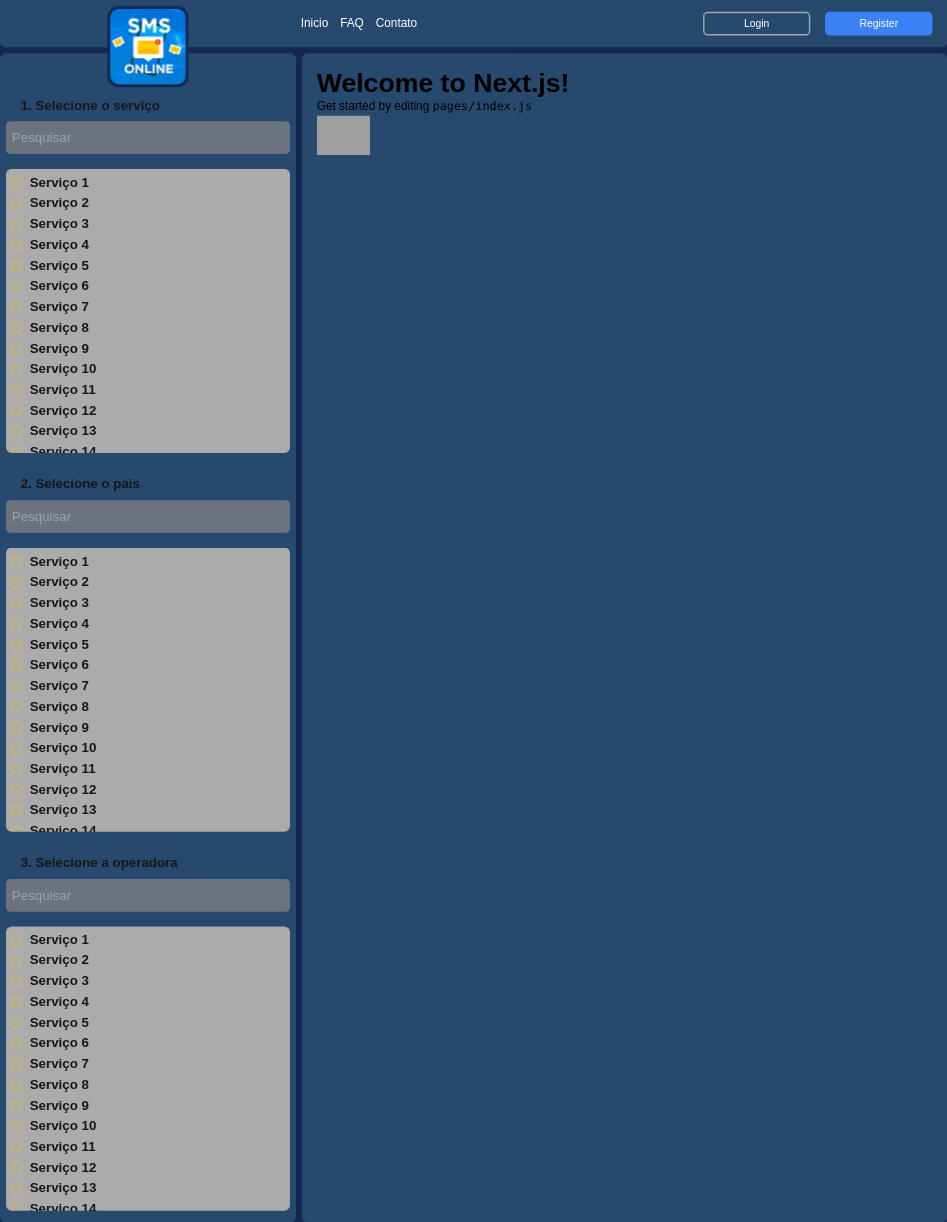
Repository: Felipe-Henrique-Dev/-DIOGO-SMS
Page: /
An editor plug-in stored every save of this project. The page is shown before and after the next save, followed by the edit.
The browser window is 1280 px wide. The pictures show the whole page, at 74% of full size.
Pictures or frames that could not be fetched are drawn as grey boxes. The project was rebuilt for these pictures with package versions that can differ from the ones it lists, and the page was loaded fresh each time. The framework's server and built-in components were replaced by stand-ins that run in the browser. Also part of the build but not shown: next.config.ts.

Above is the page before, as saved 2024-12-16 22:33:04.

### src/app/layout.tsx
import type { Metadata } from "next";
import "./globals.css";
import Header from "@/components/main/Header";
import Main from "@/components/main/Main";
import WebApp from "@/components/main/WebApp";



export const metadata: Metadata = {
  title: "Create Next App",
  description: "Generated by create next app",
};

export default function RootLayout({
  children,
}: Readonly<{
  children: React.ReactNode;
}>) {
  return (
    <html lang="pt-br">
      <body className={`antialiased`}>
        <Header />
        <Main>
          <WebApp />
          {children}
        </Main>
      </body>
    </html>
  );
}

### src/app/page.tsx
import Section from "@/components/main/Section";
import Image from "next/image";

export default function Home() {
  return (
    <Section>
      <h1 className="text-4xl font-bold text-center">Welcome to Next.js!</h1>
      <p className="text-center">
        Get started by editing <code>pages/index.js</code>
      </p>
      <Image
        src="/vercel.svg"
        alt="Vercel Logo"
        width={72}
        height={16}
      />
    </Section>
  );
}

### src/app/globals.css
@tailwind base;
@tailwind components;
@tailwind utilities;

:root {
  --background: hsl(220, 60%, 20%);
  --background-secondary: hsl(211, 47%, 29%);
  --tertiary: hsl(0, 0%, 67%);
  --primary_text: hsl(0, 0%, 100%);
  --foreground: #171717;
  --color-primary: #000;
  --color-secondary: hsl(208, 98%, 43%);
}


body {
  color: var(--foreground);
  background: var(--background);
  font-family: Arial, Helvetica, sans-serif;
}

::-webkit-scrollbar {
  width: 8px;
  height: 10px;
}

::-webkit-scrollbar-track {
  background-color: var(--background);
}

::-webkit-scrollbar-thumb {
  background: var(--color-secondary);
  border-radius: 10px;
}

::-webkit-scrollbar-thumb:hover {
  background-color: var(--color-highlight-hover);
}

### src/components/main/Header.tsx
import React from "react";
import { Button } from "./Button";


export default function Header() {
  return (
    <header className="h-16 bg-background_secondary max-w-screen-2xl m-auto top-0 items-center justify-between  flex rounded-b-lg px-5 z-[99] ">
        <span className="text-white text-lg font-bold"></span>
        <nav className="flex gap-4">
            <a href="#" className="text-white">Inicio</a>
            <a href="#" className="text-white">FAQ</a>
            <a href="#" className="text-white">Contato</a>
        </nav>
        <div className="container flex justify-between items-center w-1/4 gap-5">
            <Button type="button" size="sm" className="text-white" isLoading={false} bgColor="none">Login</Button>
            <Button type="button" size="sm" className="text-white" isLoading={false} bgColor="primary">
                Register
            </Button>
        </div>
    </header>
  );
}

### src/components/main/Main.tsx
import React from "react";

export default function Main({
  children,
}: Readonly<{
  children: React.ReactNode;
}>) {
  return (
    <main className="container max-w-screen-2xl mx-auto flex pt-2 gap-2 ">
      {children}
    </main>
  );
}

### src/components/main/WebApp.tsx
'use client'
import React from "react";
import { Input } from "./Input";
import { useForm } from "react-hook-form"
import Image from "next/image";
export default function WebApp() {
  const [selectService, setSelectService] = React.useState<{ title: string; valor: number; numberDispobilize: number; id: string } | null>(null);
  const [selectCountry, setSelectCountry] = React.useState<{ title: string; valor: number; numberDispobilize: number; id: string } | null>(null);
  const [selectOperator, setSelectOperator] = React.useState<{ title: string; valor: number; numberDispobilize: number; id: string } | null>(null);

  return (
    <aside className="min-w-[25rem] min-h-[90svh] bg-background_secondary text-pri sticky left-0 top-[4.5rem] rounded-lg flex flex-col p-2 gap-5  pt-14 z-[999]">
      <Image src="/logo.webp" alt="Logo" width={110} height={110} className="rounded-2xl absolute -top-16 transform -translate-x-1/2 left-1/2 z-[99] border-4 border-background " />
      <Container subTitle="1. Selecione o serviço" list={list} select={selectService} setSelect={setSelectService} />
      <Container subTitle="2. Selecione o pais" list={list} select={selectCountry} setSelect={setSelectCountry} />
      <Container subTitle="3. Selecione a operadora" list={list} select={selectOperator} setSelect={setSelectOperator} />
    </aside>
  );
}


const Container = ({
  list,
  subTitle,
  select,
  setSelect
}: {
  subTitle: string;
  select?: { title: string; valor: number; numberDispobilize: number; id: string } | null;
  setSelect: React.Dispatch<React.SetStateAction<{ title: string; valor: number; numberDispobilize: number; id: string } | null>>;
  list: { title: string; valor: number; numberDispobilize: number; id: string }[];
}) => {
  const { register, watch } = useForm();
  const filter = (watch("filter") || "").toLowerCase();
  const [favorites, setFavorites] = React.useState<string[]>([]);
  const [loading, setLoading] = React.useState<boolean>(true);

  React.useEffect(() => {
    const storedFavorites = JSON.parse(localStorage.getItem("favorites") || "[]");
    setFavorites(storedFavorites);
    setLoading(false);
  }, []);

  const setFavoriteInStorage = (item: string) => {
    const newFavorites = favorites.includes(item)
      ? favorites.filter(favorite => favorite !== item)
      : [...favorites, item];

    setFavorites(newFavorites);
    localStorage.setItem("favorites", JSON.stringify(newFavorites));
  };

  // Primeiro filtrar e ordenar a lista antes do map
  const filteredAndSortedList = React.useMemo(() => {
    return list
      .filter(item => item.title.toLowerCase().includes(filter))
      .sort((a, b) => {
        const aFav = favorites.includes(a.id);
        const bFav = favorites.includes(b.id);
        if (aFav && !bFav) return -1;
        if (!aFav && bFav) return 1;
        return 0;
      });
  }, [list, filter, favorites]);

  if (loading) return <div>Carregando...</div>;

  return (
    <div className="flex flex-col gap-2  ">
      <span className="text-lg font-bold w-full text-start px-5">{subTitle}</span>
      {
        select ?
          <div className="flex w-full bg-slate-300 rounded-lg h-10 items-center justify-start px-5 gap-5 ">
            <button onClick={() => setSelect(null)} className="flex items-center justify-center gap-2 h-8 min-w-8 rounded-xl border-red-500 border-[1px] text-black">X</button>
            <span className="text-lg font-bold min-w-8 h-8 rounded-full text-center bg-white ">I</span>
            <span className="text-lg font-bold w-auto text-center">{select.title}</span>
          </div>
        :
        <>
          <Input type="text" placeholder="Pesquisar" size="lg" register={register("filter")} />
          <div className="h-96 bg-tertiary w-full my-2 overflow-x-auto scroll-smooth rounded-lg p-1 ">
            {filteredAndSortedList.map((item) => (
              <div className="w-full flex items-center justify-start gap-2" key={item.id}>
                <Stars
                  stars={favorites.includes(item.id)}
                  setFavorite={() => setFavoriteInStorage(item.id)}
                />
                <button className="flex flex-col" onClick={() => setSelect(item)}>
                  <span className="text-lg font-bold w-full text-center">{item.title}</span>
                </button>
              </div>
            ))}
          </div>
        </>
      }
    </div>
  );
};



const list = [
  {
    id: "1",
    title: "Serviço 1",
    valor: 10.00,
    numberDispobilize: 6000,
  },
  {
    id: "2",
    title: "Serviço 2",
    valor: 20.00,
    numberDispobilize: 5000,
  },
  {
    id: "3",
    title: "Serviço 3",
    valor: 30.00,
    numberDispobilize: 4000,
  },
  {
    id: "4",
    title: "Serviço 4",
    valor: 40.00,
    numberDispobilize: 3000,
  },
  {
    id: "5",
    title: "Serviço 5",
    valor: 50.00,
    numberDispobilize: 2000,
  },
  {
    id: "6",
    title: "Serviço 6",
    valor: 60.00,
    numberDispobilize: 1000,
  },
  {
    id: "7",
    title: "Serviço 7",
    valor: 70.00,
    numberDispobilize: 900,
  },
  {
    id: "8",
    title: "Serviço 8",
    valor: 80.00,
    numberDispobilize: 800,
  },
  {
    id: "9",
    title: "Serviço 9",
    valor: 90.00,
    numberDispobilize: 700,
  },
  {
    id: "10",
    title: "Serviço 10",
    valor: 100.00,
    numberDispobilize: 600,
  },
  {
    id: "11",
    title: "Serviço 11",
    valor: 110.00,
    numberDispobilize: 500,
  },
  {
    id: "12",
    title: "Serviço 12",
    valor: 120.00,
    numberDispobilize: 400,
  },
  {
    id: "13",
    title: "Serviço 13",
    valor: 130.00,
    numberDispobilize: 300,
  },
  {
    id: "14",
    title: "Serviço 14",
    valor: 140.00,
    numberDispobilize: 200,
  },
  {
    id: "15",
    title: "Serviço 15",
    valor: 150.00,
    numberDispobilize: 100,
  }
];

const Stars = ({stars, setFavorite} : {stars: boolean, setFavorite: () => void}) => {
  return (
      <>
          {
              !stars?
              <svg width="20" height="20" viewBox="0 0 13 12" fill="none" xmlns="http://www.w3.org/2000/svg" onClick={setFavorite} className="cursor-pointer" >
                  <path d="M6.49956 9.51326L9.26623 11.1866C9.77289 11.4933 10.3929 11.0399 10.2596 10.4666L9.52623 7.31992L11.9729 5.19993C12.4196 4.81326 12.1796 4.07993 11.5929 4.03326L8.37289 3.75993L7.11289 0.786592C6.88623 0.246592 6.11289 0.246592 5.88623 0.786592L4.62623 3.75326L1.40623 4.02659C0.81956 4.07326 0.57956 4.80659 1.02623 5.19326L3.47289 7.31326L2.73956 10.4599C2.60623 11.0333 3.22623 11.4866 3.73289 11.1799L6.49956 9.51326Z" fill="none" stroke="#EFC900" strokeWidth="0.5"/>
              </svg>
              :
              <svg width="20" height="20" viewBox="0 0 13 12" fill="none" xmlns="http://www.w3.org/2000/svg" onClick={setFavorite} className="cursor-pointer">
                  <path d="M6.49956 9.51326L9.26623 11.1866C9.77289 11.4933 10.3929 11.0399 10.2596 10.4666L9.52623 7.31992L11.9729 5.19993C12.4196 4.81326 12.1796 4.07993 11.5929 4.03326L8.37289 3.75993L7.11289 0.786592C6.88623 0.246592 6.11289 0.246592 5.88623 0.786592L4.62623 3.75326L1.40623 4.02659C0.81956 4.07326 0.57956 4.80659 1.02623 5.19326L3.47289 7.31326L2.73956 10.4599C2.60623 11.0333 3.22623 11.4866 3.73289 11.1799L6.49956 9.51326Z" fill="#EFC900"/>
              </svg>
          }
      </>
  );
}

### src/components/main/Section.tsx
import { cn } from "@/lib/utils";
import React from "react";

export default function Section({
  children,
  className
}: Readonly<{
  children: React.ReactNode;
  className?: string;
}>) {
  return (
    <section className={cn(
      "p-5 flex flex-col min-h-[90svh] bg-background_secondary w-full text-black items-start justify-start rounded-lg ",
      className
    )}>
      {children}
    </section>
  );
}

### src/components/main/Button.tsx
/* eslint-disable @typescript-eslint/no-explicit-any */
import { cn } from "@/lib/utils";
import React from "react";

export const Button = ({
    className,
    size = "md",
    onClick,
    children,
    type,
    isLoading,
    bgColor = "primary",
}:{
    type: 'button' | 'submit' | 'reset';
    onClick?: (event: React.MouseEvent<HTMLButtonElement>) => void;
    className?: string;
    children: React.ReactNode;
    size?: "sm" | "md" | "lg";
    isLoading: boolean;
    bgColor?: "primary" | "secondary" | "danger" | "none";
}) => {

    const sizes = {
        sm: "w-1/2 h-8 text-sm",
        md: "w-3/4 h-10 text-base",
        lg: "w-full h-14 text-lg",
    };

    const bgColors = {
        primary: "bg-blue-500 text-white",
        secondary: "bg-gray-500 text-white",
        danger: "bg-red-500 text-white",
        none: "bg-transparent text-black border-gray-400 border-2 "
    };

    return (
        <button
            type={type}
            onClick={onClick}
            className={cn(
                "p-2 rounded-md relative flex items-center justify-center",
                bgColors[bgColor],
                sizes[size],
                className
            )}
            disabled={isLoading}
        >
            {
                isLoading ? loading() : children
            }
        </button>
    );
}


const loading = () => {
    return (
        <div className="absolute inset-0 bg-gray-300 bg-opacity-50 flex items-center justify-center">
            <div className="animate-spin rounded-full h-12 w-12 border-t-2 border-b-2 border-gray-900"></div>
        </div>
    );
}

### src/components/main/Input.tsx
/* eslint-disable @typescript-eslint/no-unused-vars */
/* eslint-disable @typescript-eslint/no-explicit-any */
import { cn } from "@/lib/utils";
import React from "react";

export const Input = ({
    type,
    placeholder,
    classNameSpan,
    classNameLabel,
    classNameInput,
    label,
    size = "md",
    icon,
    register,
    bgColor = "secondary",
    labelIsHidden = false,
    name
}:{
    type: 'text' | 'password' | 'email';
    placeholder: string;
    classNameSpan?: string;
    classNameLabel?: string;
    classNameInput?: string;
    size?: "sm" | "md" | "lg";
    icon?: React.ReactNode;
    register?: any;
    label?: string;
    bgColor?: "primary" | "secondary" | "danger" | "none";
    labelIsHidden?: boolean;
    name?: string;
}) => {

    const sizes = {
        sm: "w-1/2 h-8 text-sm",
        md: "w-3/4 h-10 text-base",
        lg: "w-full h-12 text-lg",
    };

    const bgColors = {
        primary: "bg-blue-500 text-white",
        secondary: "bg-gray-500 text-white",
        danger: "bg-red-500 text-white",
        none: "bg-transparent text-black border-gray-300 border-2"
    };


    return (
        <span className={cn(
                "relative flex flex-col",
                sizes[size],
                classNameSpan,
        )}>
            {
                labelIsHidden &&
                <label className={cn(
                    classNameLabel
                )} >
                    {label}
                </label>
            }
            <input
                type={type}
                placeholder={placeholder}
                {...register}
                className={cn(
                    "p-2 rounded-md relative w-full",
                    classNameInput,
                    bgColors[bgColor]
                )}
            />
            {icon}
        </span>

    );
}

### tailwind.config.ts
import type { Config } from "tailwindcss";

export default {
  content: [
    "./src/pages/**/*.{js,ts,jsx,tsx,mdx}",
    "./src/components/**/*.{js,ts,jsx,tsx,mdx}",
    "./src/app/**/*.{js,ts,jsx,tsx,mdx}",
  ],
  theme: {
    extend: {
      colors: {
        background: "var(--background)",
        foreground: "var(--foreground)",
        background_secondary: "var(--background-secondary)",
        primary: "var(--primary)",
        tertiary: "var(--tertiary)",

      },
      background : {
        background: "var(--background)",
        background_secondary: "var(--background-secondary)",
        foreground: "var(--foreground)",
      },
    },
  },
  plugins: [],
} satisfies Config;

Loaded but not shown: src/lib/utils.ts (common file)

After the next save:
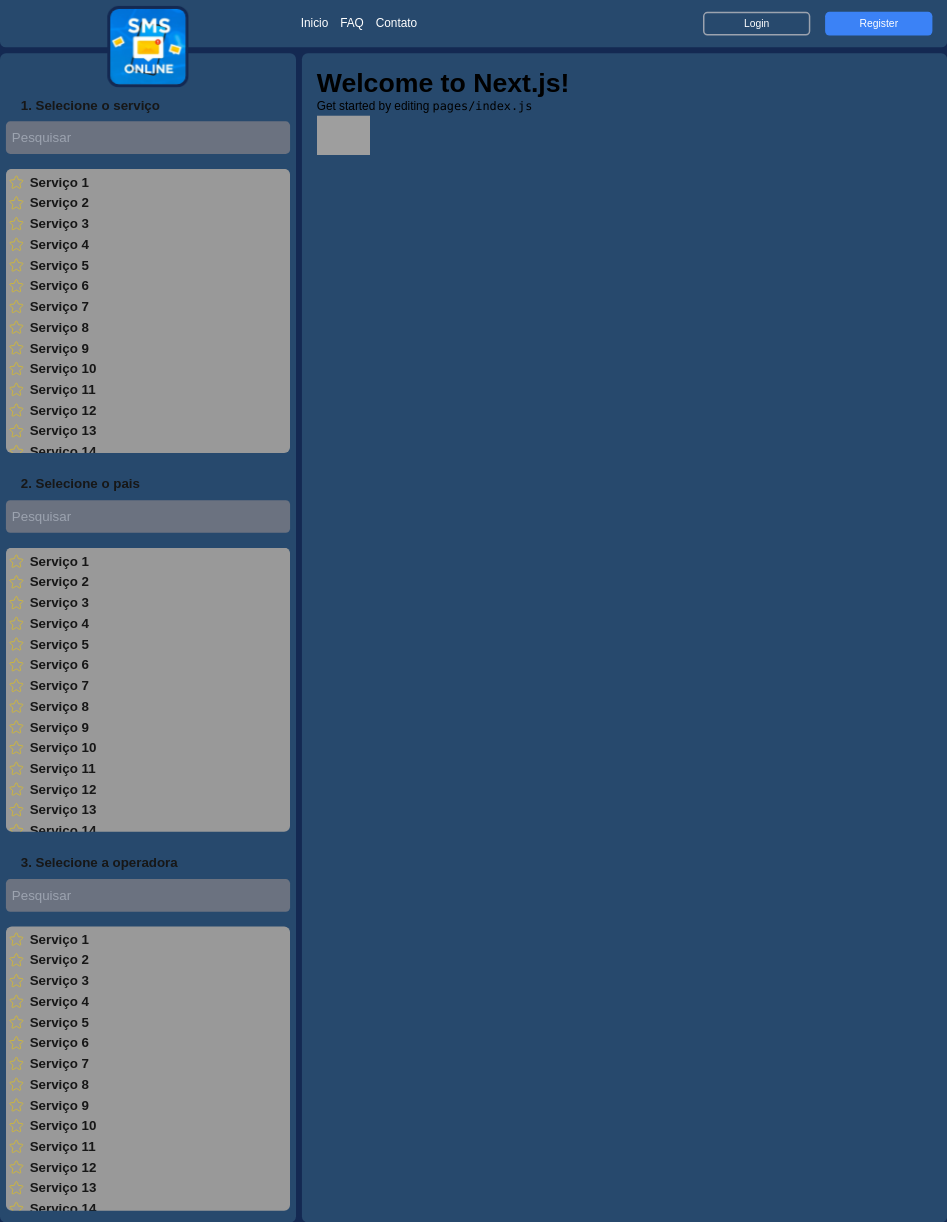
Saved 4 s later.
--- a/src/app/globals.css
+++ b/src/app/globals.css
@@ -5,7 +5,7 @@
 :root {
   --background: hsl(220, 60%, 20%);
   --background-secondary: hsl(211, 47%, 29%);
-  --tertiary: hsl(0, 0%, 67%);
+  --tertiary: hsl(0, 0%, 60%);
   --primary_text: hsl(0, 0%, 100%);
   --foreground: #171717;
   --color-primary: #000;
